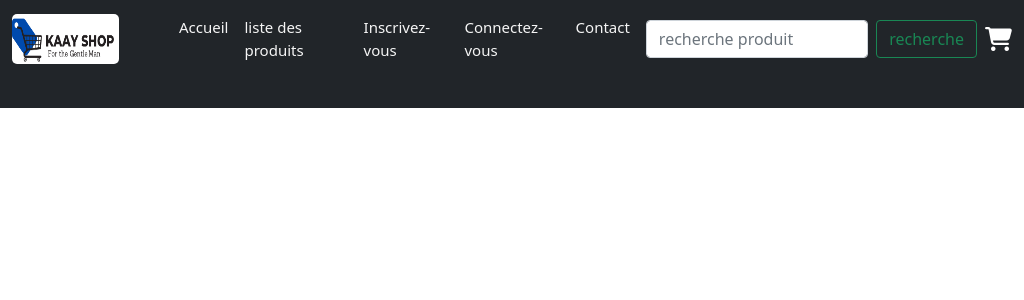
Repository: wadelfadill/Mini_projet_bootstrap_Site_vente_online
Page: contact.html
An editor plug-in stored every save of this project. The page is shown before and after the next save, followed by the edit.
The browser window is 1024 px wide. The pictures show the whole page.
Some web libraries are served in a nearby version.

Above is the page before, as saved 2023-05-19 10:05:31.

### contact.html
<!DOCTYPE html>
<html lang="en">
<head>
    <!--======== Website icone =======-->
    <link rel="shortcut icon" href="assets/images/logo/cart-shopping-solid.svg" type="image/x-icon">
    <meta charset="UTF-8">
    <meta http-equiv="X-UA-Compatible" content="IE=edge">
    <meta name="viewport" content="width=device-width, initial-scale=1.0">
    <!--=========== Title of Website ============-->
    <title>KAAY-SHOP</title>

    <!--======== Bootstrap Links ===========-->
    <link href="https://cdn.jsdelivr.net/npm/bootstrap@5.1.3/dist/css/bootstrap.min.css" rel="stylesheet" integrity="sha384-1BmE4kWBq78iYhFldvKuhfTAU6auU8tT94WrHftjDbrCEXSU1oBoqyl2QvZ6jIW3" crossorigin="anonymous">
    <link rel="stylesheet" href="https://cdn.jsdelivr.net/npm/bootstrap-icons@1.10.5/font/bootstrap-icons.css">
    <!--========= CSS links ===============-->
    <link rel="stylesheet" href="assets/css/style.css">
    <!--========= Google Fonts Links =========-->
    <link rel="preconnect" href="https://fonts.googleapis.com">
    <link rel="preconnect" href="https://fonts.gstatic.com" crossorigin>
    <link href="https://fonts.googleapis.com/css2?family=Montserrat:wght@400;700&family=Roboto:wght@100;400;700&display=swap" rel="stylesheet">
    <!--========== Google Font-Awesome Script  ==========-->
    <script src="https://kit.fontawesome.com/8f130c8a35.js" crossorigin="anonymous"></script>

</head>
<body>
    <!-- ========== Start Header Section ========== -->
    <header id="header">
        <nav class="navbar navbar-expand-lg navbar-dark bg-dark fixed-top">
            <div class="container-fluid">
              <a class="navbar-brand" href="#header"><img src="assets/images/logo/kAAY SHOP.png" alt="" class="img-fluid website_logo"></a>
              <button class="navbar-toggler p-2 mt-2" type="button" data-bs-toggle="collapse" data-bs-target="#navbarSupportedContent" aria-controls="navbarSupportedContent" aria-expanded="false" aria-label="Toggle navigation">
                <i class="fa-solid fa-bars" style="color: #ffffff;"></i>
              </button>
              <div class="collapse navbar-collapse" id="navbarSupportedContent">
                <ul class="navbar-nav ms-auto mb-2 mb-lg-0 me-2">
                  <li class="nav-item">
                    <a class="nav-link active" aria-current="page" href="index.html">Accueil</a>
                  </li>
                  <li class="nav-item">
                    <a class="nav-link" href="list_product.html">liste des produits</a>
                  </li>
                  <li class="nav-item">
                    <a class="nav-link" href="registration.html">Inscrivez-vous</a>
                  </li>
                  <li class="nav-item">
                    <a class="nav-link" href="registration.html">Connectez-vous</a>
                  </li>
                  <li class="nav-item">
                    <a class="nav-link" href="contact.html">Contact</a>
                  </li>
                </ul>
                <form class="d-flex">
                  <input class="form-control me-2" type="search" placeholder="recherche produit" aria-label="Search">
                  <button class="btn btn-outline-success" type="submit">recherche</button>
                </form>
                <div class="market-icone ms-2">
                    <i class="fa-solid fa-cart-shopping fa-xl" style="color: #ffffff;"></i>
                </div>
              </div>
            </div>
        </nav>
    </header>
    <!-- ========== End Header Section ========== -->
    <!--==================================================-->
   <!-- ========== Start Main ========== -->
   <main id="main">

   </main>
   <!-- ========== End Main ========== -->
   <!--========================================================-->
   <!-- ========== Start Footer Section ========== -->
   <footer id="footer" class="bg-dark navbar-dark">
    <div class="container-fluid pt-4 pb-4">
        <div class="row gap-5 gap-md-0">
            <div class="col-md-4 text-center text-md-start">
                <div class="logo">
                    <img src="assets/images/logo/kAAY SHOP.png" alt="" class="img-fluid website_logo">
                </div>
            </div>
            <div class="col-md-4 text-center my-auto">
                <div class="copyright">
                    copyright c EL-Fadill-2023
                </div>
            </div>
            <div class="col-md-4 text-center text-md-end my-auto">
                <div class="icones d-flex flex-row align-items-center justify-content-center justify-content-md-end gap-5 gap-md-0">
                    <i class="bi bi-twitter"></i>
                    <i class="bi bi-facebook"></i>
                    <i class="bi bi-linkedin"></i>
                </div>
            </div>
        </div>
    </div>
   </footer>
   <!-- ========== End Footer Section ========== -->
   <!--=========================================================-->
    <!--======= Bootstrap Js Script ==========-->
    <script src="https://cdn.jsdelivr.net/npm/bootstrap@5.1.3/dist/js/bootstrap.bundle.min.js" integrity="sha384-ka7Sk0Gln4gmtz2MlQnikT1wXgYsOg+OMhuP+IlRH9sENBO0LRn5q+8nbTov4+1p" crossorigin="anonymous"></script>
</body>
</html>

### assets/css/style.css
/* ======= General ==========*/
*{
    margin: 0;
    padding: 0;
    box-sizing: border-box;
}
body{
    margin: 0;
    padding: 0;
}


/* ======= header section ========*/
.website_logo{
    height: 50px;
    border-radius: 5px;
}
nav ul li a{
    font-family: 'Monserrat' 'sans serif';
    font-size: 18px;
    font-weight: 400;
    color: whitesmoke !important;
}
.navbar-toggler:focus{
    box-shadow: none;
}
.market-icone i{
    position: relative;
    display: inline-block;
    animation-name: market;
    animation-duration: 2s;
    animation-iteration-count: infinite;
}
@keyframes market{
    0%{
        transform: scale(1);
    }
    50%{
        transform: scale(1.2);
        color: rgb(201, 197, 197);
    }
    100%{
        transform: scale(1);
    }
}
@media screen and (max-width:992px) {
    .market-icone{
        margin-top: 20px;
    }

}
@media screen and (max-width:1162px) and (min-width: 992px) {
    nav ul li a{
        font-size: 15px;
        /* font-weight: 500; */
    }
    .website_logo{
        width: 75%;
    }

}
main{
    /* height: 900px; */
}
#footer{
    font-size: 23px;
    color: whitesmoke;
    font-weight: 400;
    font-family: 'Montserrat';
}
#footer i{
    display: inline-block;
    font-size: 40px;
    padding-right: 20px;
    cursor: pointer;
}

After the next save:
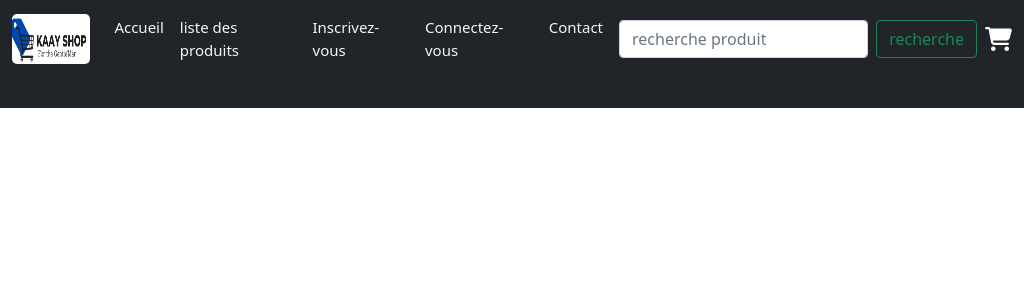
Saved 32 s later.
--- a/assets/css/style.css
+++ b/assets/css/style.css
@@ -55,7 +55,7 @@ nav ul li a{
         /* font-weight: 500; */
     }
     .website_logo{
-        width: 75%;
+        width: 80px;
     }
 
 }
